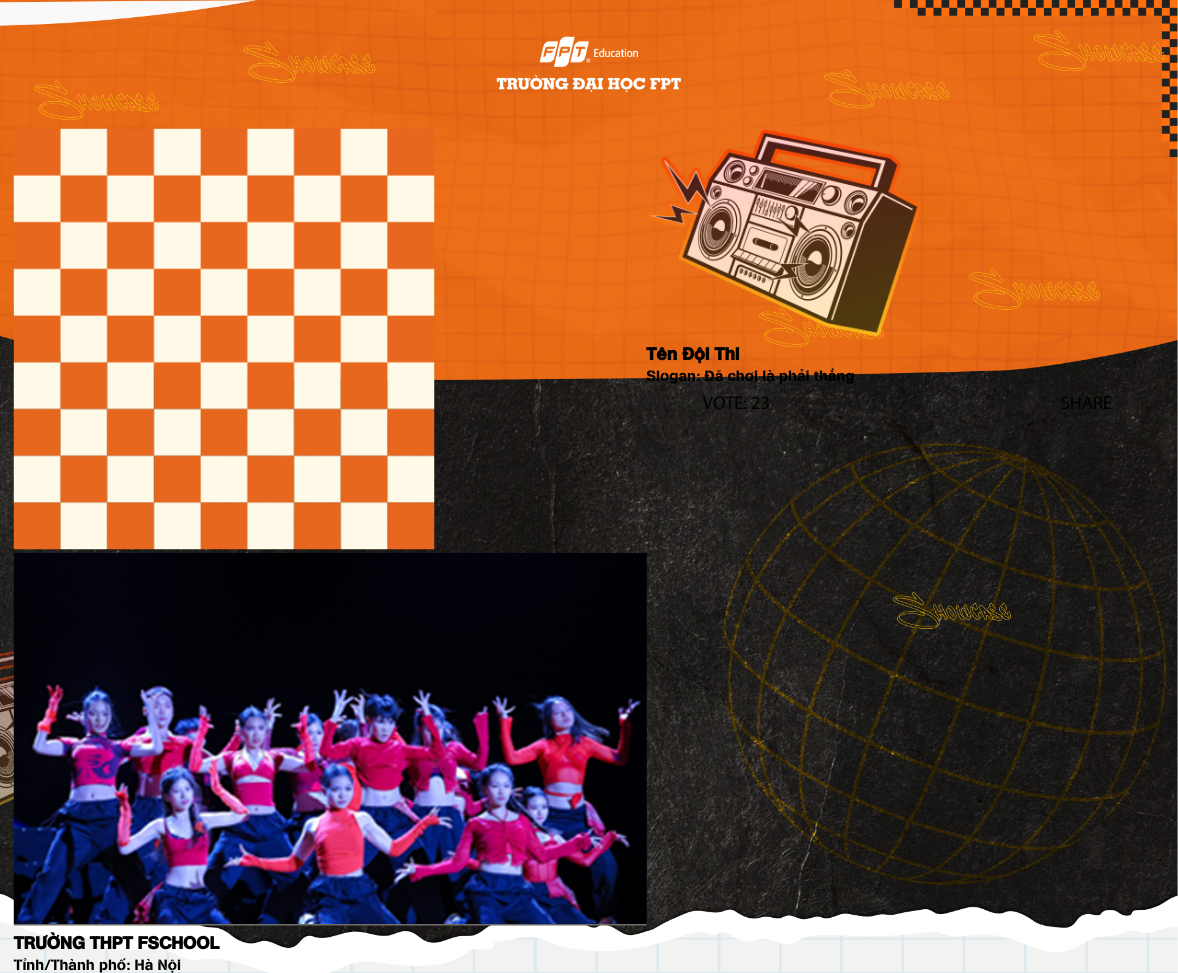
Repository: dinhtri123/hola_fpt
Page: detail.html
The author's editor kept a copy of each file at every save. The page is drawn from the files as they stood at one save, then again after the next save.
The browser window is 1280 px wide. The pictures show the whole page, at 92% of full size.

Above is the page before, as saved 2025-01-04 22:40:56.

### detail.html
<!DOCTYPE html>
<html lang="en">

<head>
  <meta charset="UTF-8">
  <meta name="viewport" content="width=device-width, initial-scale=1.0">
  <title>Detail</title>
  <link rel="stylesheet" href="styles.css">
</head>

<body>
  <section class="detail">
    <img src="./images/detail-bg.png" class="detail-bg" alt="">
    <div class="container">
      <a href="#" class="detail-logo">
        <img src="./images/logo.png" alt="">
      </a>
      <div class="detail-top">
        <div class="detail-top-left">
          <img src="./images/detail-img1.png" class="detail-top-left-bg" alt="">
          <img src="./images/detail-img.png" class="detail-top-left-img" alt="">
          <span>
            <h3>TRƯỜNG THPT FSCHOOL</h3>
            <P>Tỉnh/Thành phố: Hà Nội</P>
          </span>
        </div>
        <div class="detail-top-right">
          <img src="./images/detail-img2.png" alt="">
          <h3>Tên Đội Thi</h3>
          <p>Slogan: Đã chơi là phải thắng</p>
          <div class="news-item-action">
            <div class="vote">
              <i class="fa-regular fa-heart"></i>
              <span>VOTE: 23</span>
            </div>
            <div class="share">
              <i class="fa-regular fa-paper-plane"></i>
              SHARE
            </div>
          </div>
        </div>
      </div>
    </div>
  </section>
</body>

</html>

### styles.css
@font-face {
  font-family: "Myriad Pro";
  src: url("./fonts/MYRIADPRO-REGULAR.ttf") format("truetype");
}
@font-face {
  font-family: "SFUAGBuchStencilBQMedium";
  src: url("./fonts/SFUAGBuchStencilBQMedium.ttf") format("truetype");
  font-weight: normal;
  font-style: normal;
}
:root {
  --font-primary: "SFUAGBuchStencilBQMedium", sans-serif;
  --font-secondary: "Myriad Pro", sans-serif;
  --cl-white: #fff;
}
* {
  box-sizing: border-box;
  padding: 0;
  margin: 0;
}
body {
  font-family: var(--font-primary);
  font-size: 16px;
  font-weight: 400;
}
.container {
  max-width: 1630px;
  padding-left: 15px;
  padding-right: 15px;
  margin: 0px auto;
}
.sm {
  display: none !important;
}
.md {
  display: flex !important;
}
img {
  max-width: 100%;
  height: auto;
  object-fit: cover;
}
.intro > div {
  position: relative;
}
.intro-top {
  z-index: 1;
}
.intro-bg {
  position: absolute;
  width: 100%;
  height: 100%;
  top: 0;
  left: 0;
  z-index: -1;
  object-position: bottom;
}
.intro-inner {
  padding-top: 50px;
  text-align: center;
  z-index: 1;
}
.intro-logo {
  max-width: 280px;
}
.intro-title {
  margin-top: 30px;
}
.intro-title-small {
  margin-top: -60px;
  z-index: -1;
  position: relative;
}
.intro-btn {
  background: linear-gradient(to right, #e24103, #e66715);
  border-radius: 50px;
  border: 2px solid var(--cl-white);
  font-size: 54px;
  padding: 10px 100px 15px;
  color: var(--cl-white);
  text-transform: uppercase;
  font-family: var(--font-primary);
  line-height: 1;
  width: max-content;
  min-height: 80px;
  transform: translateY(30px);
}
.intro-bottom {
  padding-top: 180px;
  margin-top: -80px;
  text-align: center;
  padding-bottom: 100px;
}
.intro-bottom-desc {
  position: relative;
  padding: 220px 120px;
}
.intro-bottom-desc img {
  position: absolute;
  top: 0;
  left: 0;
  width: 100%;
  height: 100%;
  z-index: -1;
  object-fit: contain;
}
.intro-bottom-desc p {
  padding: 100px 50px;
  background: rgba(0, 0, 0, 0.5);
  color: var(--cl-white);
  font-family: var(--font-secondary);
  font-size: 30px;
  line-height: 1.4;
}
.intro-bottom .intro-btn {
  margin-top: -50px;
  transform: translateY(-40px);
}
/* reward */
.reward {
  position: relative;
}
.reward-bg {
  position: absolute;
  top: 0;
  left: 0;
  width: 100%;
  height: 100%;
}
.reward-inner {
  padding: 100px 0px;
  position: relative;
}
.time {
  position: relative;
  padding: 100px 0px 40px;
}
.time-bg {
  position: absolute;
  top: 0;
  left: 0;
  width: 100%;
  height: 100%;
  z-index: -1;
  object-position: bottom;
}
.time h2 {
  text-align: center;
  margin-top: 80px;
  margin-bottom: 50px;
}
.time-search {
  max-width: 80%;
  width: 100%;
  position: relative;
  min-height: 70px;
  padding: 10px;
  display: flex;
  align-items: center;
  border: 2px solid #f15a24;
  border-radius: 50px;
  margin: 0px auto;
}
.time-search input {
  flex: 1;
  width: 100%;
  height: 100%;
  background: transparent;
  border: none;
  outline: none;
  min-height: inherit;
  padding: 5px 20px;
  font-family: var(--font-secondary);
  font-size: 30px;
  color: var(--cl-white);
}
.time-search input::placeholder {
  color: var(--cl-white);
}
.time-search span {
  display: flex;
  width: max-content;
  height: 100%;
  background: linear-gradient(to right, transparent, #5e321a);
  align-items: center;
  min-height: inherit;
  padding: 5px 30px;
  text-transform: uppercase;
  color: var(--cl-white);
  font-size: 30px;
  border-radius: 50px;
  cursor: pointer;
}
.footer {
  margin-top: 100px;
}
.footer-top {
  display: flex;
  justify-content: space-between;
  align-items: flex-end;
  border-bottom: 1px solid var(--cl-white);
  padding: 10px 0px;
}
.footer-top p {
  font-family: var(--font-secondary);
  font-size: 24px;
  color: var(--cl-white);
}
.footer-social {
  display: flex;
  gap: 10px;
  align-items: center;
}
.footer-social a {
  width: 60px;
  height: 60px;
  border-radius: 8px;
  background-color: #f37021;
  color: var(--cl-white);
  display: flex;
  align-items: center;
  justify-content: center;
  text-decoration: none;
}
.footer-social a i {
  font-size: 24px;
}
.footer-main {
  margin-top: 50px;
  text-align: center;
  color: var(--cl-white);
  font-family: var(--font-secondary);
}
.footer-logo {
  margin-bottom: 20px;
  display: block;
}
.footer address {
  font-size: 28px;
  margin-bottom: 5px;
}
.footer-main a {
  display: block;
  text-align: center;
  color: var(--cl-white);
  text-decoration: none;
  font-size: 24px;
  margin: 0px auto 5px;
  width: fit-content;
}
.news-list {
  display: grid;
  grid-template-columns: repeat(3, 1fr);
  justify-content: space-between;
  margin-top: 100px;
  gap: 50px;
  padding-bottom: 50px;
}
.news-item {
  max-width: 460px;
}
.news-item-top {
  position: relative;
  padding: 52px;
}
.news-item-bg {
  position: absolute;
  z-index: -1;
  top: 0;
  left: 0;
  width: 100%;
}
.news-top-content {
  background-color: #4460d4;
  color: var(--cl-white);
  padding: 18px;
  width: 86%;
  transform: translateY(-4px);
}
.news-top-content h3 {
  font-size: 32px;
  text-transform: uppercase;
  font-weight: 500;
}
.news-top-content p {
  font-size: 16px;
  font-weight: 500;
}
.news-item-bottom {
  background: #000;
  margin-top: -5px;
  color: var(--cl-white);
  border-bottom-left-radius: 12px;
  border-bottom-right-radius: 10px;
}
.news-item-desc {
  position: relative;
  transform: translateY(-25px);
}
.news-item-desc::before {
  content: "";
  position: absolute;
  top: 0;
  left: 0;
  background-image: url("./images/news-img2.png");
  background-repeat: no-repeat;
  width: 100%;
  height: 100%;
  background-size: 100% 100%;
  transform: scaleX(1.03) scaleY(1.5);
}
.news-item-desc p {
  max-width: 80%;
  margin: 0px auto;
  z-index: 1;
  font-size: 12px;
  position: relative;
  padding: 5px 0px;
  transform: rotate(-4deg);
  font-weight: 600;
  font-family: var(--font-secondary);
  color: #3b382b;
}
.news-item-desc p b {
  font-family: var(--font-primary);
  text-transform: uppercase;
}
.news-item-action {
  display: flex;
  justify-content: space-between;
  align-items: center;
  max-width: 80%;
  margin: 0px auto;
  padding: 10px 0px;
  font-size: 20px;
  font-family: var(--font-secondary);
}
.news-item-action > div {
  display: flex;
  gap: 5px;
  align-items: center;
  cursor: pointer;
}
.news-item-action > div i {
  font-size: 22px;
}

/* detail */
.detail {
  position: relative;
}
.detail-bg {
  position: absolute;
  top: 0;
  left: 0;
  width: 100%;
  height: 100%;
  z-index: -1;
  object-position: top;
}
.detail-logo {
  max-width: 200px;
  margin: 0px auto 40px;
  display: flex;
  padding-top: 40px;
}
.detail-top {
  display: grid;
  grid-template-columns: 55% 45%;
}

@media screen and (max-width: 1280px) {
  .news-list {
    grid-template-columns: repeat(2, 1fr);
  }
}
@media screen and (max-width: 1024px) {
  .intro-bottom-desc {
    padding: 100px 20px;
  }
  .intro-bottom-desc p {
    padding: 50px;
  }
  .news-top-content h3 {
    font-size: 20px;
  }
  .news-item-top {
    padding: 40px;
  }
  .news-list {
    gap: 40px;
  }
  .footer {
    margin: 0;
  }
}
@media screen and (max-width: 767px) {
  .sm {
    display: flex !important;
  }
  .md {
    display: none !important;
  }
  .intro-btn {
    padding: 10px 20px;
    min-height: auto;
    font-size: 16px;
  }
  .intro-bottom-desc p {
    padding: 20px;
    font-size: 16px;
  }
  .intro-logo {
    max-width: 120px;
    margin: 0px auto;
    display: flex;
  }
  .intro-inner .intro-bg {
    object-position: top;
    object-fit: fill;
  }
  .intro-inner {
    padding-top: 40px;
  }
  .intro-title-small {
    display: none;
  }
  .intro-inner .intro-btn {
    transform: translateY(20px);
  }
  .intro-title {
    max-width: 90%;
    margin: 30px auto 0px;
  }
  .intro-bottom {
    padding-top: 130px;
  }
  .intro-bottom > div > img:nth-child(3) {
    max-width: 80%;
  }
  .intro-bottom-desc {
    padding: 0px;
  }
  /* .intro-bottom-desc img {
    transform: scale(1.1);
  } */
  .intro-bottom .intro-btn {
    margin-top: 10px;
    transform: translateY(0px);
  }
  .time {
    padding: 40px 0px;
  }
  .time h2 {
    margin: 40px 0px 20px;
  }
  .time-search {
    max-width: 100%;
    min-height: 40px;
    padding: 5px;
  }
  .time-search input {
    font-size: 16px;
  }
  .time-search span {
    font-size: 14px;
    padding: 5px 10px;
    gap: 5px;
  }
  .time-search input {
    font-size: 16px;
    padding: 0px 10px;
  }
  .news-list {
    gap: 15px;
  }
  .news-item-top {
    padding: 5px;
  }
  .news-top-content {
    padding: 10px;
  }
  .news-top-content h3 {
    font-size: 12px;
  }
  .news-top-content p {
    font-size: 8px;
    font-weight: 500;
  }
  .news-item-desc p {
    font-size: 8px;
    max-width: 90%;
    transform: rotate(-8deg);
  }
  .news-item-desc::before {
    transform: scaleX(1.03) scaleY(1.4);
  }
  .news-item-action,
  .news-item-action > div i {
    font-size: 10px;
  }
  .news-item-bg {
    height: 100%;
  }
  .news-item-desc {
    transform: translateY(-6px) rotate(2deg);
  }
  .news-list {
    position: relative;
    padding-bottom: 80px;
    margin-top: 40px;
  }
  .news-list::before {
    content: "";
    position: absolute;
    top: 100px;
    left: -15px;
    background-image: url(./images/news-list-bg.png);
    background-repeat: no-repeat;
    background-size: cover;
    width: calc(100% + 30px);
    height: 95%;
    z-index: -1;
  }
  .footer {
    margin-top: 40px;
  }
  .footer-top p {
    font-size: 12px;
    max-width: 50%;
  }
  .footer-social a {
    width: 30px;
    height: 30px;
    border-radius: 4px;
  }
  .footer-social a i {
    font-size: 14px;
  }
  .footer-logo {
    max-width: 120px;
  }
  .footer-main h3 {
    max-width: 80%;
    margin: 0px auto;
  }
  .footer address {
    font-size: 14px;
  }
  .footer-main a {
    font-size: 14px;
  }
  .footer-main {
    margin-top: 20px;
  }
}

After the next save:
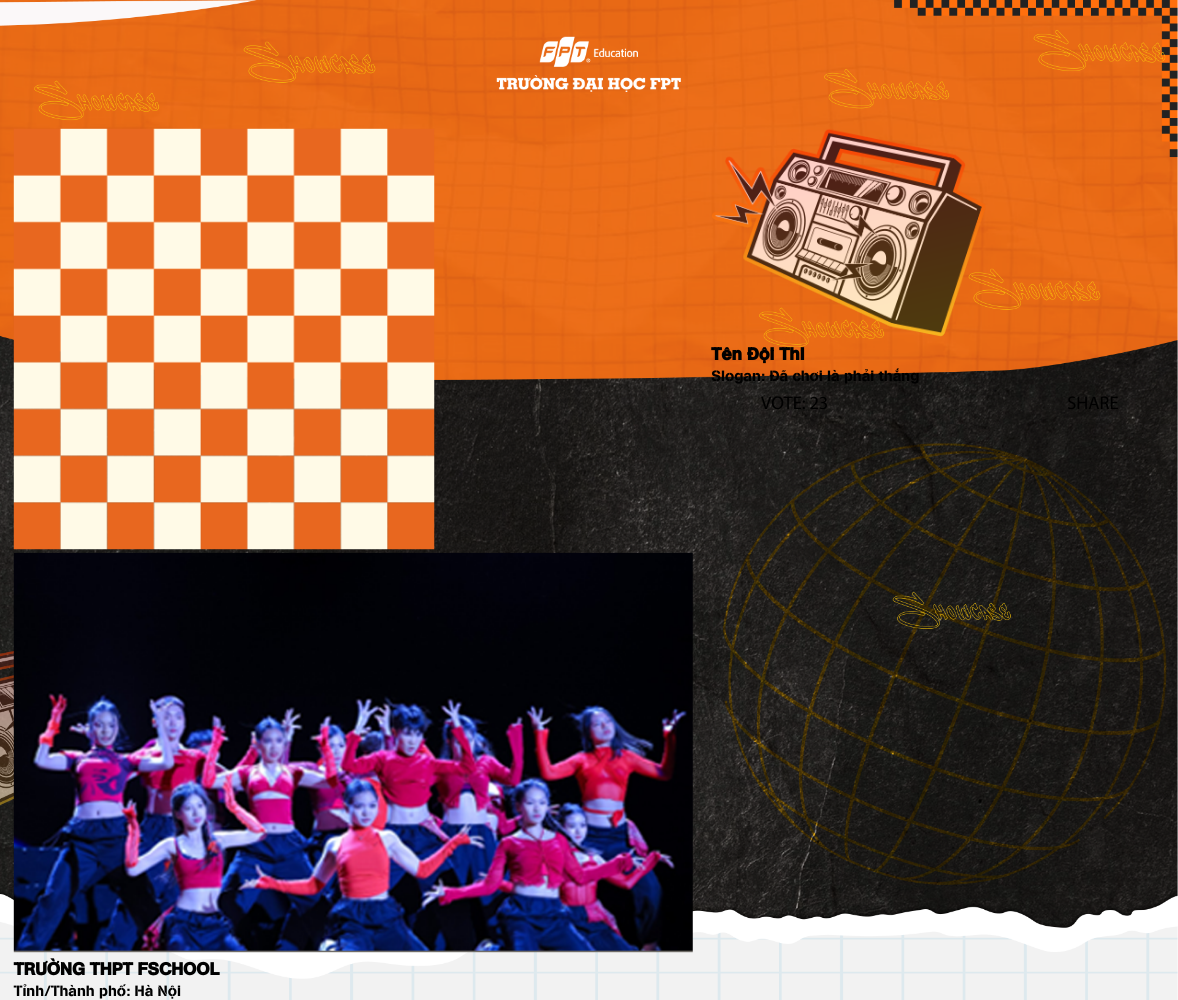
Saved 14 s later.
--- a/styles.css
+++ b/styles.css
@@ -366,7 +366,8 @@
 }
 .detail-top {
   display: grid;
-  grid-template-columns: 55% 45%;
+  grid-template-columns: 1.5fr 1fr;
+  gap: 20px;
 }
 
 @media screen and (max-width: 1280px) {
